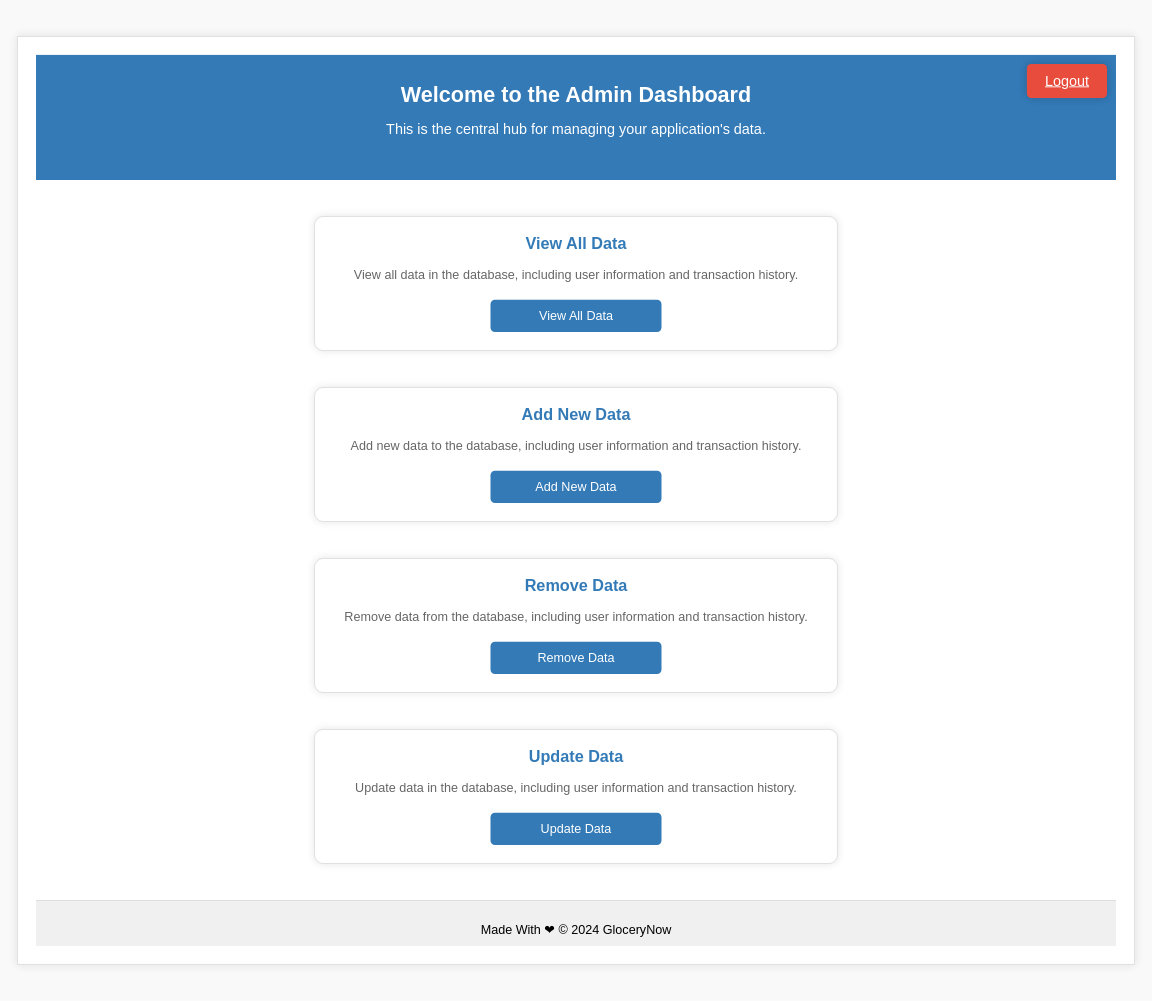
Repository: shamchiwade/GroceryNow
Page: http://localhost/ShopManagement/adminHome.jsp
These files come from the project's save history. The page is drawn as it stood at one moment and after the next save; the edit follows.
The browser window is 1280 px wide. The pictures show the whole page, at 90% of full size.
The page is served by Tomcat 10. Other server files are loaded and not shown.

Above is the page before, as saved 2024-10-07 20:27:56.

### ShopManagement/src/main/webapp/adminHome.jsp
<%@ page language="java" contentType="text/html; charset=UTF-8"
	pageEncoding="UTF-8"%>
<!DOCTYPE html>

<html>
<head>
<title>Admin Home</title>
<style>
body {
	font-family: Arial, sans-serif;
	margin: 0;
	padding: 0;
	background-color: #f9f9f9;
}

.admin-container {
	max-width: 1200px;
	margin: 40px auto;
	padding: 20px;
	background-color: #fff;
	border: 1px solid #ddd;
	box-shadow: 0 0 10px rgba(0, 0, 0, 0.1);
}

.admin-header {
	background-color: #337ab7;
	color: #fff;
	padding: 30px 10px;
	text-align: center;
	border-bottom: 1px solid #337ab7;
	position: relative;
}

.admin-header h1 {
	margin-top: 0;
	font-size: 24px;
}

.logout-button {
	position: absolute;
	top: 10px;
	right: 10px;
	background-color: #e74c3c;
	color: #fff;
	padding: 10px 20px;
	border: none;
	font-size: 16px;
	cursor: pointer;
	border-radius: 5px;
	box-shadow: 0 0 10px rgba(0, 0, 0, 0.2);
}

.logout-button:hover {
	background-color: #c0392b;
}

.card-container {
	display: flex;
	flex-wrap: wrap;
	justify-content: center;
	padding: 20px;
}

.card {
	background-color: #fff;
	padding: 20px;
	border: 1px solid #ddd;
	border-radius: 10px;
	box-shadow: 0 0 10px rgba(0, 0, 0, 0.1);
	margin: 20px;
	width: calc(50% - 40px);
	text-align: center;
}

.card h2 {
	margin-top: 0;
	color: #337ab7;
	font-size: 18px;
}

.card p {
	margin-bottom: 20px;
	color: #666;
	font-size: 14px;
}

.card a {
	text-decoration: none;
	color: #fff;
	background-color: #337ab7;
	padding: 10px 20px;
	border: none;
	font-size: 14px;
	cursor: pointer;
	border-radius: 5px;
	display: inline-block;
	width: 100%;
	max-width: 150px;
	margin: 0 auto;
}

.card a:hover {
	background-color: #23527c;
}

.admin-footer {
	background-color: #f0f0f0;
	padding: 10px;
	text-align: center;
	clear: both;
	border-top: 1px solid #ddd;
}

.admin-footer p {
	margin-bottom: 0;
	font-size: 14px;
}
</style>
</head>
<body>
	<div class="admin-container">
		<div class="admin-header">
			<h1>Welcome to the Admin Dashboard</h1>
			<p>This is the central hub for managing your application's data.</p>
			<a href="logout" class="logout-button">Logout</a>
		</div>
		<div class="card-container">
			<div class="card">
				<h2>View All Data</h2>
				<p>View all data in the database, including user information and
					transaction history.</p>
				<a href="viewData.jsp" class="btn">View All Data</a>
			</div>
			<div class="card">
				<h2>Add New Data</h2>
				<p>Add new data to the database, including user information and
					transaction history.</p>
				<a href="addData.jsp" class="btn">Add New Data</a>
			</div>
			<div class="card">
				<h2>Remove Data</h2>
				<p>Remove data from the database, including user information and
					transaction history.</p>
				<a href="removeData.jsp" class="btn">Remove Data</a>
			</div>
			<div class="card">
				<h2>Update Data</h2>
				<p>Update data in the database, including user information and
					transaction history.</p>
				<a href="updateData.jsp" class="btn">Update Data</a>
			</div>
		</div>
		<div class="admin-footer">
			<p>Made With ❤ &copy; 2024 GloceryNow</p>
		</div>
	</div>
</body>
</html>

After the next save:
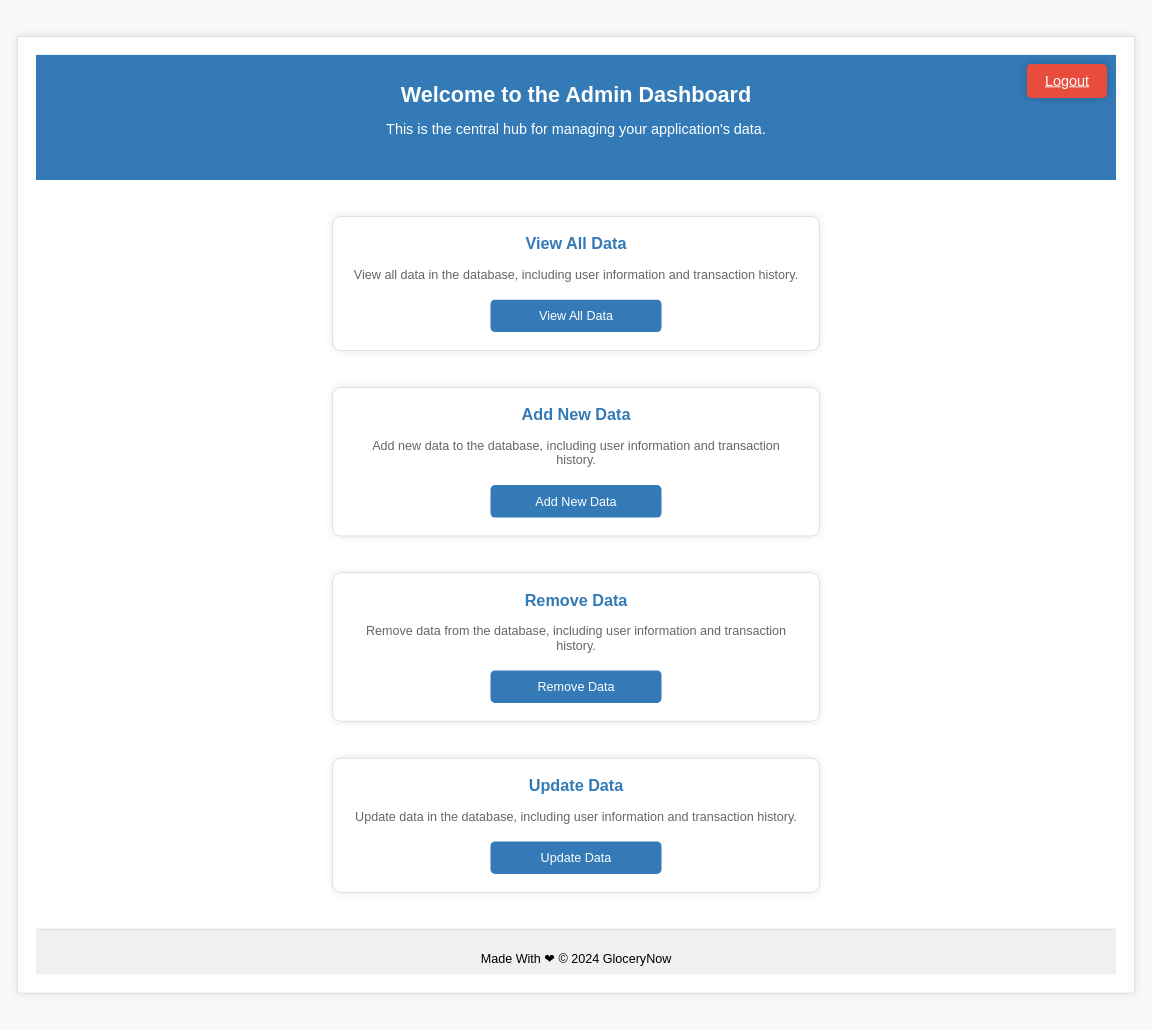
Saved 24 s later.
--- a/ShopManagement/src/main/webapp/adminHome.jsp
+++ b/ShopManagement/src/main/webapp/adminHome.jsp
@@ -58,7 +58,7 @@
 	display: flex;
 	flex-wrap: wrap;
 	justify-content: center;
-	padding: 20px;
+	padding: 20px 60px;
 }
 
 .card {

After the save that followed:
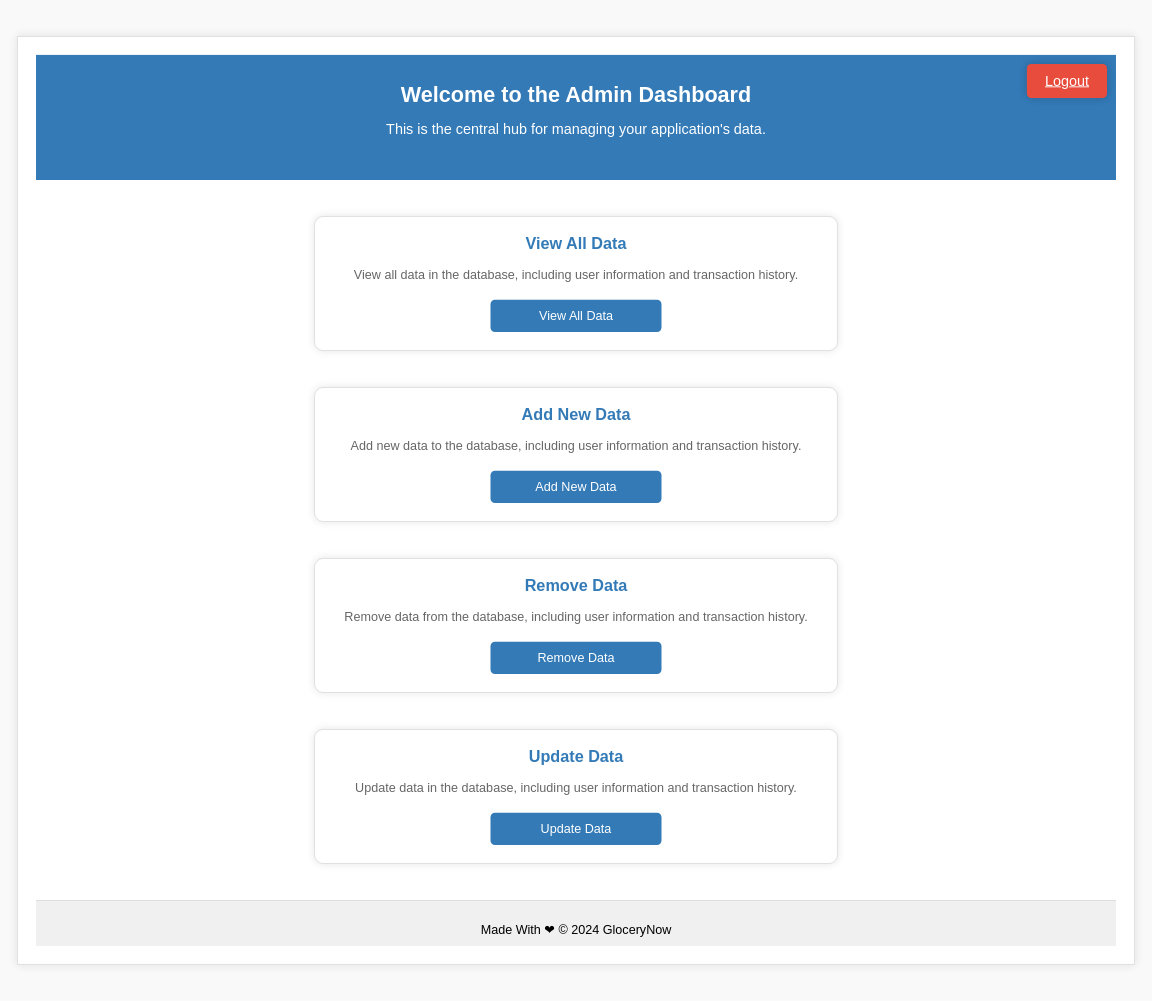
Saved 11 s later.
--- a/ShopManagement/src/main/webapp/adminHome.jsp
+++ b/ShopManagement/src/main/webapp/adminHome.jsp
@@ -58,7 +58,7 @@
 	display: flex;
 	flex-wrap: wrap;
 	justify-content: center;
-	padding: 20px 60px;
+	padding: 20px;
 }
 
 .card {
